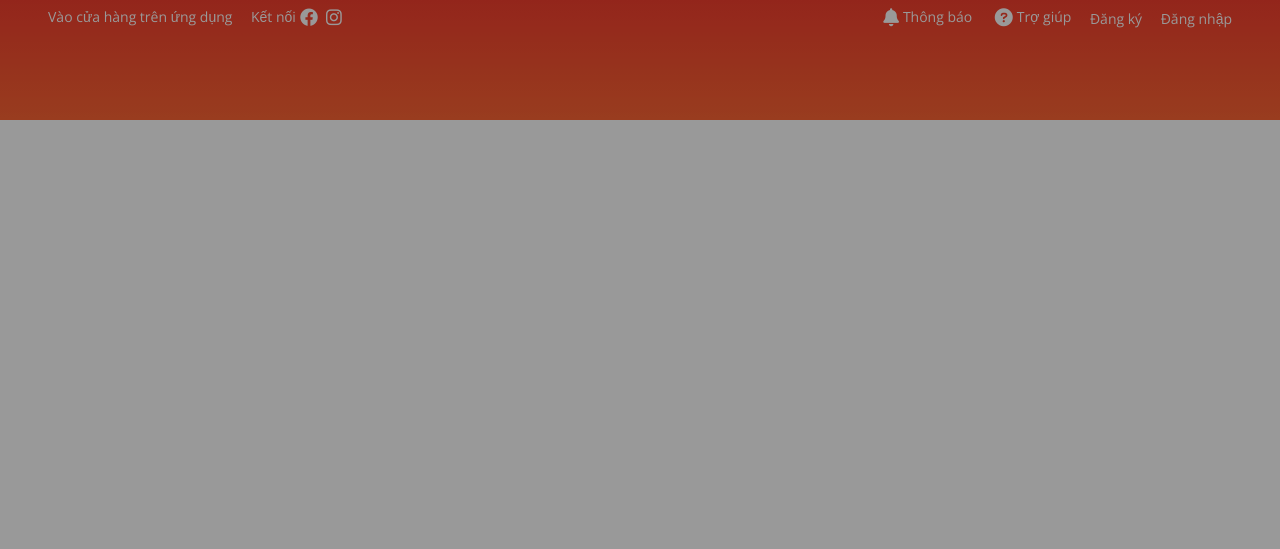
Repository: trongtamdev/Clone-Shopee-Page
Page: index.html
An editor plug-in stored every save of this project. The page is shown before and after the next save, followed by the edit.
The browser window is 1280 px wide. The pictures show the whole page.

Above is the page before, as saved 2022-07-08 14:04:06.

### index.html
<!DOCTYPE html>
<html lang="en">

<head>
    <meta charset="UTF-8">
    <meta http-equiv="X-UA-Compatible" content="IE=edge">
    <meta name="viewport" content="width=device-width, initial-scale=1.0">
    <title>Document</title>
    <link rel="stylesheet" href="https://cdnjs.cloudflare.com/ajax/libs/normalize/8.0.1/normalize.min.css">
    <link rel="stylesheet" href="assets/css/base.css">
    <link rel="stylesheet" href="assets/css/main.css">
    <link rel="stylesheet" href="assets/fonts/fontawesome-free-6.1.1/css/all.min.css">
    <link href="https://fonts.googleapis.com/css2?family=Open+Sans:wght@300;400;500;700&display=swap" rel="stylesheet">
</head>
    <div class="app">
        <header class="header">
            <div class="grid">
                <nav class="header__navbar">
                    <ul class="header__navbar-list">
                        <li class="header__navbar-item header__navbar-item--has-qr">
                            Vào cửa hàng trên ứng dụng
                            <div class="header__qr">
                                <img src="assets/img/qr_code.png" alt="QR code" class="header__qr-img">
                                <div class="header__qr-apps">
                                    <a href="" class="header__qr-link">
                                        <img src="assets/img/google_play.png" alt="Google play" class="header__qr-download-img">
                                    </a>
                                    <a href="" class="header__qr-link">
                                        <img src="assets/img/app_store.png" alt="App store" class="header__qr-download-img">
                                    </a>
                                </div>
                            </div>
                        </li>
                        <li class="header__navbar-item">
                            <span class="header__navbar-title--no-pointer">Kết nối</span>
                            <a href="" class="header__navbar-icon-link">
                                <i class="header__navbar-icon fa-brands fa-facebook"></i>
                            </a>
                            <a href="" class="header__navbar-icon-link">
                                <i class="header__navbar-icon fa-brands fa-instagram"></i>
                            </a>
                        </li>
                    </ul>

                    <ul class="header__navbar-list">
                        <li class="header__navbar-item">
                            <a href="" class="header__navbar-item-link">
                                <i class="header__navbar-icon fa-solid fa-bell"></i>
                                Thông báo</a>
                        </li>

                        <li class="header__navbar-item">
                            <a href="" class="header__navbar-item-link">
                                <i class="header__navbar-icon fa-solid fa-circle-question"></i>
                                Trợ giúp</a>
                        </li>

                        <li class="header__navbar-item header__navbar-item--strong">Đăng ký</li>
                        <li class="header__navbar-item header__navbar-item--strong">Đăng nhập</li>
                    </ul>
                </nav>
            </div>

        </header>

        <div class="container">

        </div>

        <footer class="footer">

        </footer>
    </div>
    <div class="modal">
        <div class="modal__overlay">

        </div>
        <div class="modal__body">
            <div class="modal__inner">

            </div>
        </div>
    </div>
<body>

</body>

</html>

### assets/css/base.css
:root {
    --white-color :#fff;
    --back-color :#000;
    --text-color : #333;
}

*{
    box-sizing: inherit;
}

html {
    font-size: 62.5%;
    line-height: 1.6rem;
    font-family: 'Open Sans', sans-serif;;
    box-sizing: border-box;
}

.grid {
    width: 1200px;
    max-width: 100%;
    margin: 0 auto;
}

.grid__full-width {
    width: 100%;
}

.grid__row {
    display: flex;
    flex-wrap: wrap
}

/* Animation */
@keyframes fadeIn {
    from {
        opacity: 0;
    }to {
        opacity: 1;
    }
}

/* Modal */

.modal {
    position: fixed;
    top: 0;
    right: 0;
    bottom: 0;
    left: 0;
}

.modal__overlay {
    position: absolute;
    width: 100%;
    height: 100%;
    background-color: rgba(0, 0, 0, 0.4);
}

### assets/css/main.css
.header {
    height: 120px;
    background-image: linear-gradient(0, #fe6433, #f53e2d);
}

.header__navbar {
    display: flex;
    justify-content: space-between;
}

.header__navbar-list {
    list-style: none;
    padding: 0;
    margin-top: 4px;
}

.header__navbar-item {
    margin: 0 8px;
    position: relative;
    min-height: 26px;
}

.header__navbar-item--has-qr:hover .header__qr {
    display: block;
}

.header__navbar-item,
.header__navbar-item-link{
    display: inline-block;
    font-size: 1.4rem;
    color :var(--white-color);
    text-decoration: none;
    font-weight: 300;
}

.header__navbar-item,
.header__navbar-item-link,
.header__navbar-icon-link {
    display: inline-flex;
    align-items: center;
}

.header__navbar-item:hover,
.header__navbar-item-link:hover,
.header__navbar-icon-link:hover{
    cursor: pointer;
    color: rgba(255, 255, 255, 0.7);
}

.header__navbar-item--strong {
    font-weight: 400;
}


.header__navbar-icon-link {
    color: var(--white-color);
    text-decoration: none;
}

.header__navbar-icon {
    font-size: 1.8rem;
    margin: 0 4px;
}

.header__navbar-title--no-pointer {
    color: var(--white-color);
    cursor: text;
}

/* Header QR code */

.header__qr {
    width: 186px;
    background-color: var(--white-color);
    position: absolute;
    left: 0;
    top: 118%;
    padding: 8px;
    border-radius: 2px;
    display: none;
    animation: fadeIn ease-in 0.5s;
}

.header__qr::before {
    position: absolute;
    left: 0;
    top: -16px;
    width: 100%;
    height: 20px;
    content: "";
    display: block;
}

.header__qr-img {
    width: 100%;
}

.header__qr-apps {
    display: flex;
}

.header__qr-link:nth-child(1) {
    margin-left: 11px;
}

.header__qr-link:nth-child(2) {
    margin-right: 11px;
}

.header__qr-download-img {
    height: 18px;
}

Loaded but not shown: assets/fonts/fontawesome-free-6.1.1/css/all.min.css (library)

After the next save:
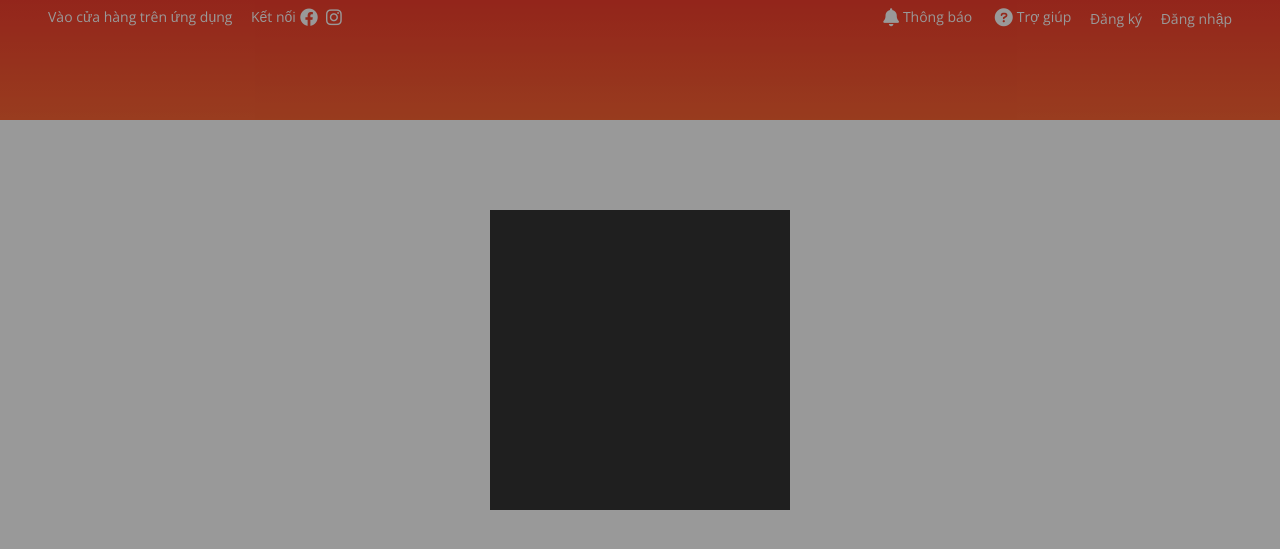
Saved 20 min 24 s later.
--- a/assets/css/base.css
+++ b/assets/css/base.css
@@ -47,6 +47,7 @@
     right: 0;
     bottom: 0;
     left: 0;
+    display: flex;
 }
 
 .modal__overlay {
@@ -55,3 +56,10 @@
     height: 100%;
     background-color: rgba(0, 0, 0, 0.4);
 }
+
+.modal__body {
+    width: 300px;
+    height: 300px;
+    background-color: #333;
+    margin: auto;
+}

After the save that followed:
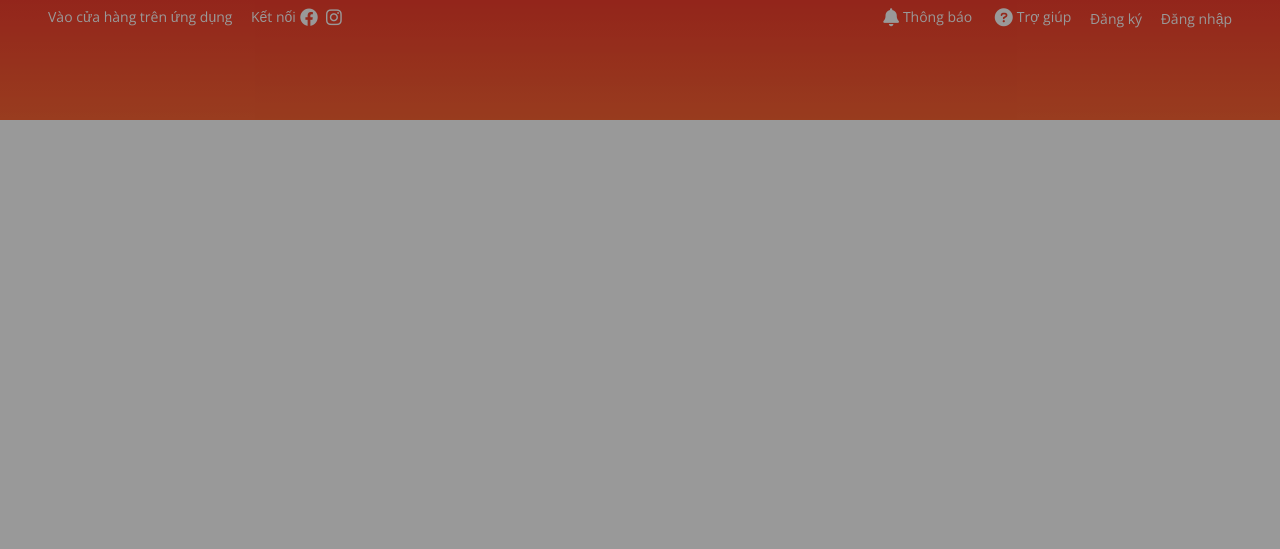
Saved 5 min 23 s later.
--- a/assets/css/base.css
+++ b/assets/css/base.css
@@ -60,6 +60,6 @@
 .modal__body {
     width: 300px;
     height: 300px;
-    background-color: #333;
+    background-color: var(--white-color);
     margin: auto;
 }
